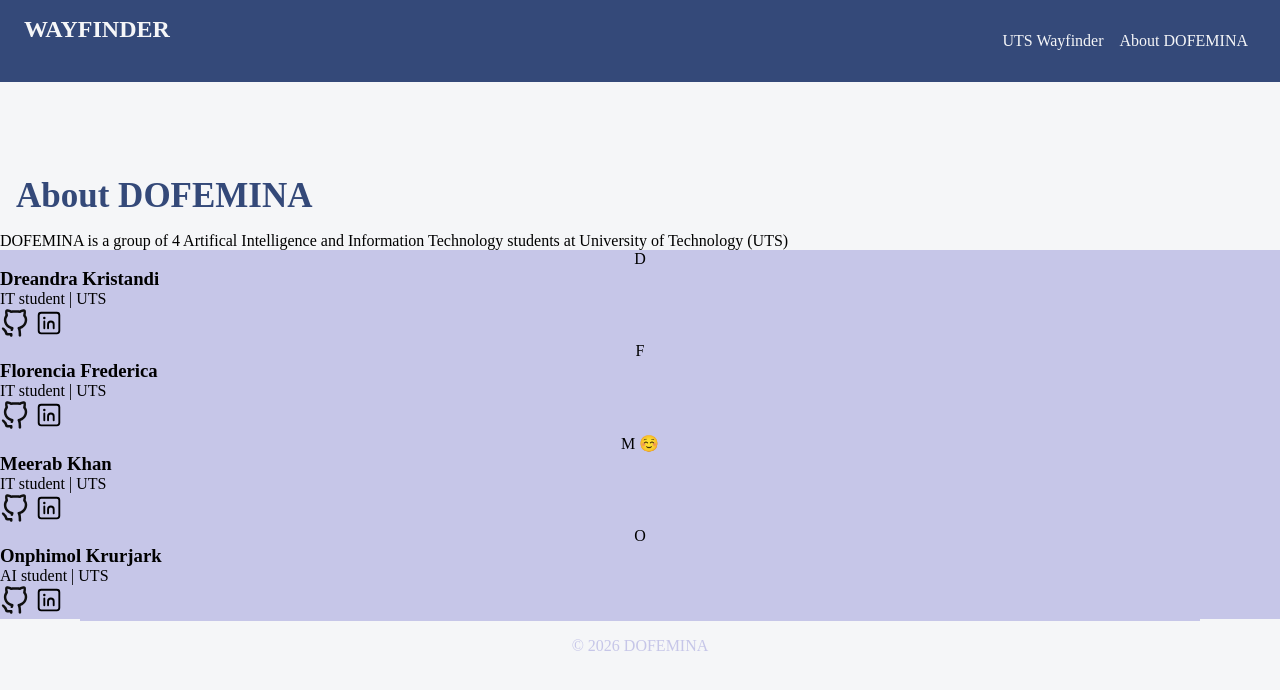
Repository: Meerab-K/uts-wayfinder
Page: html/about.html
The author's editor kept a copy of each file at every save. The page is drawn from the files as they stood at one save, then again after a run of saves.
The browser window is 1280 px wide. The pictures show the whole page.
Some web fonts or font styles are not loaded; a fallback is used.

Above is the page before, as saved 2026-10-19 20:15:46.

After the next 3 saves:
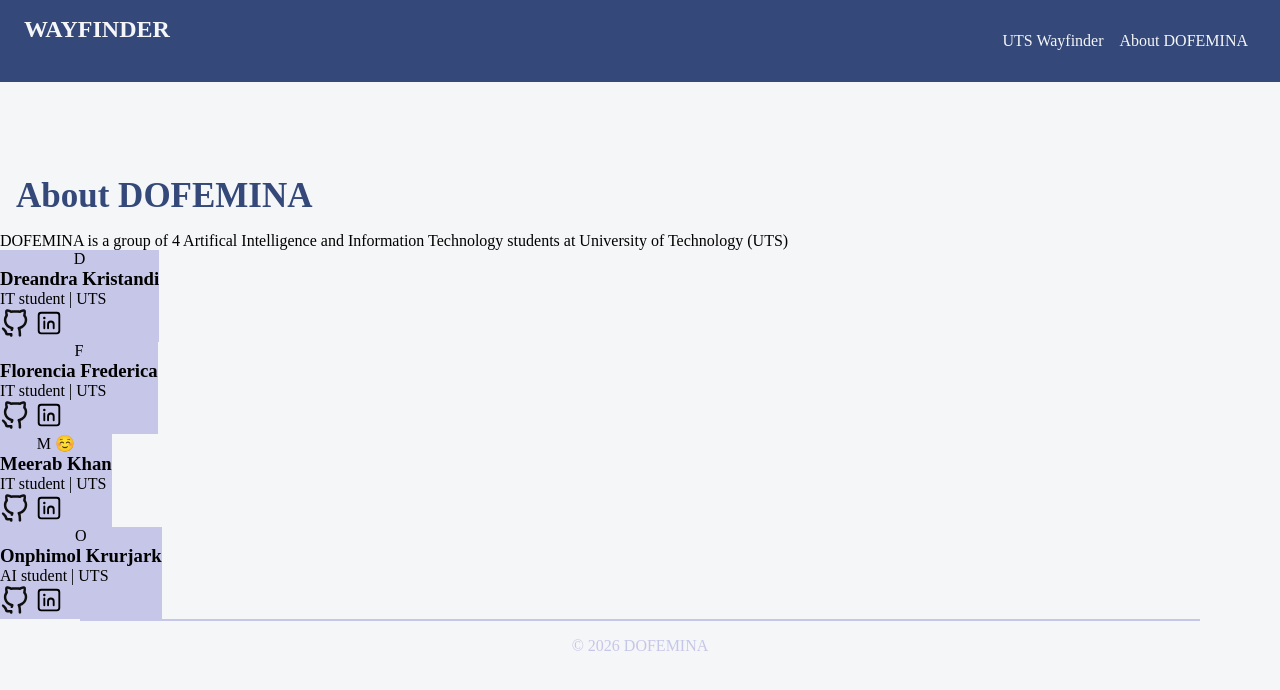
The 3 saves are shown as one change because they came seconds apart.
The last was saved 9 s later.
--- a/css/about.css
+++ b/css/about.css
@@ -1,11 +1,12 @@
 .card-holder {
     background-color: var(--highlight-purple);
-    width: auto;
+    width: fit-content;
 }
 
 .profile {
     text-align: center;
-    border;
+    border-radius: 50%;
+
 }
 
 .name {
